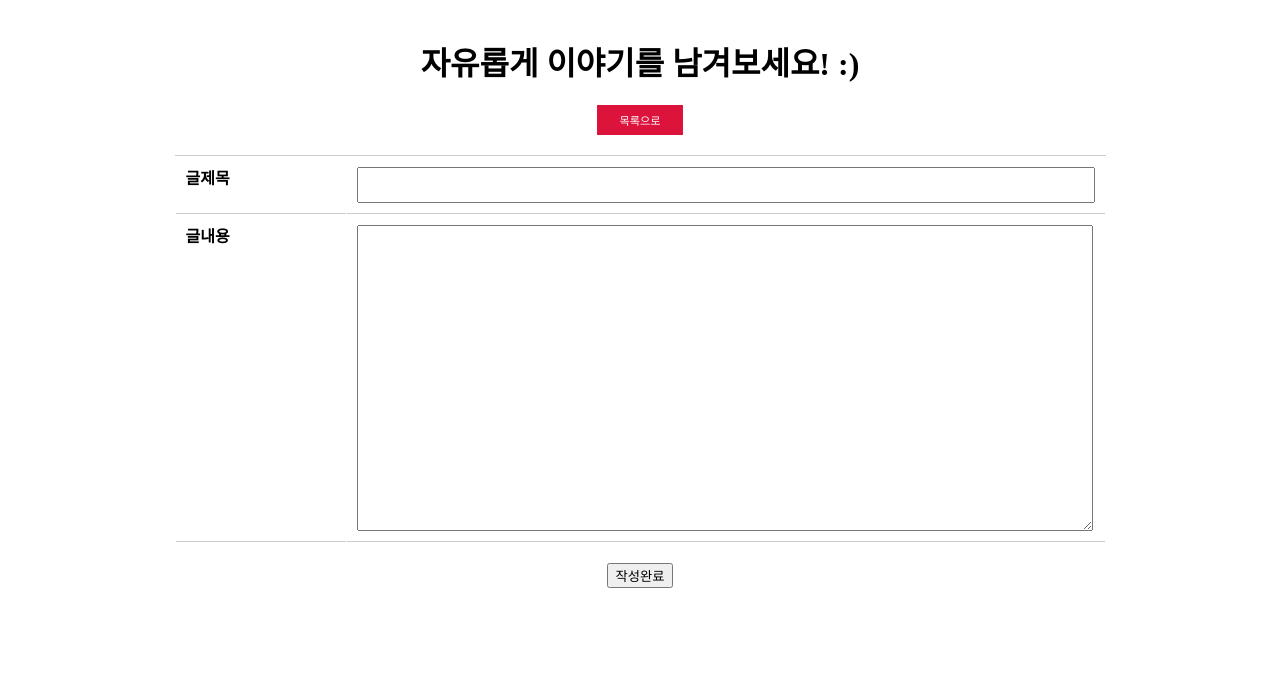
Repository: minkyung0421/NMT_Project
Page: http://localhost/MyPage_Project/Write.jsp
These files come from the project's save history. The page is drawn as it stood at one moment and after the next save; the edit follows.
The browser window is 1280 px wide. The pictures show the whole page.
The page is served by Tomcat 9.

Above is the page before, as saved 2018-09-02 22:33:54.

After the next save:
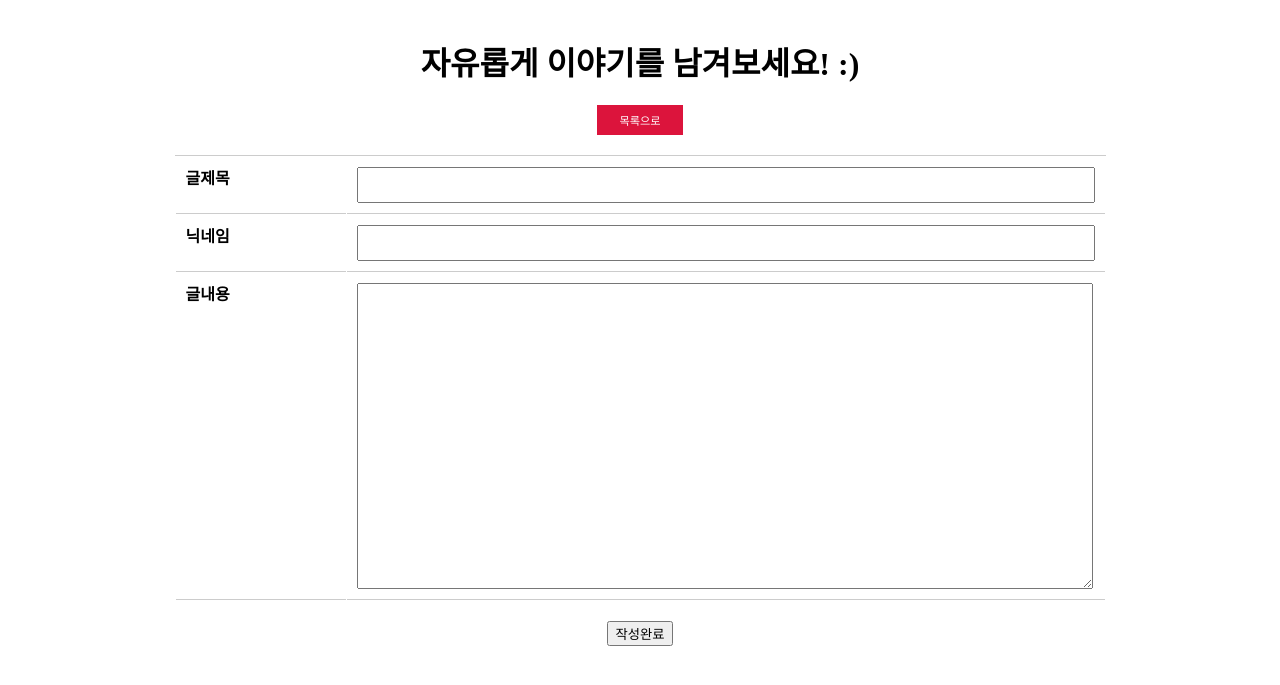
Saved 28 s later.
--- a/NMT_Project/MyPage_Project/WebContent/Write.jsp
+++ b/NMT_Project/MyPage_Project/WebContent/Write.jsp
@@ -81,6 +81,10 @@ table.type04 td {
         <td><input type="text" id="board_title" name="board_title"></td>
     </tr>
     <tr>
+        <th scope="row">닉네임</th>
+        <td><input type="text" id="board_title" name="board_title"></td>
+    </tr>
+    <tr>
         <th scope="row">글내용</th>
         <td><textarea id="board_content" name="board_content"></textarea></td>
     </tr>
